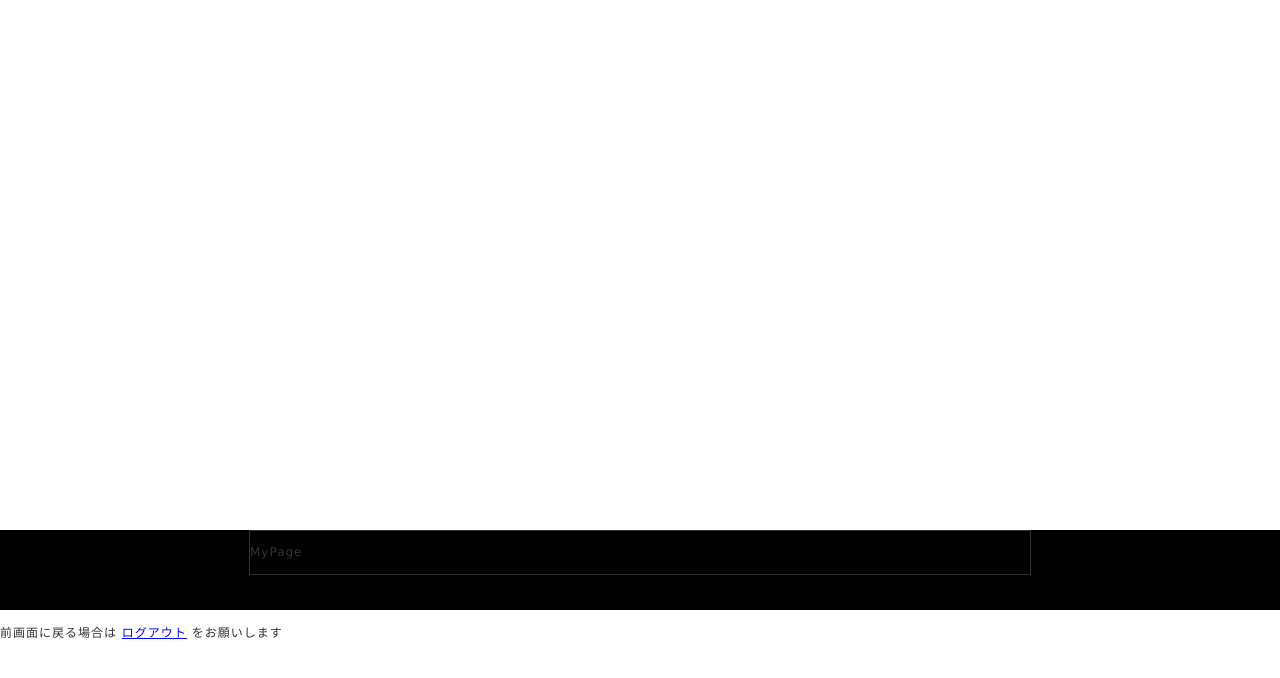
Repository: 3103senoomizho/test
Page: http://localhost/template/myPage.jsp
These files come from the project's save history. The page is drawn as it stood at one moment and after the next save; the edit follows.
The browser window is 1280 px wide. The pictures show the whole page.
The page is served by Tomcat 9. Other server files are loaded and not shown.

Above is the page before, as saved 2018-03-19 07:42:15.

### template/WebContent/myPage.jsp
<%@ page language="java" contentType="text/html; charset=UTF-8"
    pageEncoding="UTF-8"%>
<%@ taglib prefix="s" uri="/struts-tags" %>
<!DOCTYPE html >
<html>
<head>
<meta http-equiv="Content-Type" content="text/html; charset=UTF-8">
<meta http-equiv="Content-Style-Type" content = "text/css"/>
<meta http-equiv="Content-Script-Type" content="text/javascript"/>
<meta http-equiv="imagetoolbar" content="no"/>
<meta name="description content=""/>
<meta name="keywords" content=""/>

<title>MyPage画面</title>

<style type = "text/css">
/*===============TAG LAYOUT=================*/
body{
  margin:0;
  padding:0;
  line-height:1.6;
  letter-spacing:1px;
  font-family:Verdana,Helvetica,sans-serif;
  font-size:12px;
  color:#333;
  background:#fff;
}
table{
  text-align:center;
  margin:0 auto;
}
/*===============ID LAYOUT=================*/
#top{
  width:780px;
  margin:30px auto;
  border:1px solid #333;
}
#header{
  width:100%;
  height:500px;
  text-align:center;
}
#main{
  width:100%;
  height:80px;
  background-color:black;
  clear:both;
}
#footer{
  width:100%;
  height:80px;
  background-color:black;
  clear:both;
}
</style>

</head>
<body>
      <div id="header">
              <div id="pr">
              </div>
     </div>
     <div id="main">
              <div id="top">
                      <p>MyPage</p>
              </div>
              <div>
              <s:if test="session.message==''">
                         <h3>ご購入情報は以下になります。</h3>
                         <table>
                               <tr>
                                   <td>商品名</td>
                                   <td><s:property value="session.buyItem_name"/></td>
                               </tr>
                               <tr>
                                   <td>値段</td>
                                   <td>
                                          <s:property value="session.total_price"/>
                                          <span>円</span>
                                   </td>
                               </tr>
                               <tr>
                                   <td>購入個数</td>
                                   <td>
                                          <s:property value="session.total_count"/>
                                          <span>個</span>
                                  </td>
                               </tr>
                               <tr>
                                   <td>支払い方法</td>
                                   <td>
                                          <s:property value="session.total_payment"/>
                                   </td>
                               </tr>

                          </table>
                          <s:form action="MyPageAction">
                                  <input type="hidden"name="deleteFlg" value="1">
                                  <s:submit value="削除" method ="delete"/>
                          </s:form>
              </s:if>
              <s:if test="session.message !=null">
                          <h3><s:property value = "session.message"/></h3>
              </s:if>
                          <div>
                                  <br>
                                  <span>前画面に戻る場合は</span>
                                  <a href='<s:url action="HomeAction"/>'>ログアウト</a>
                                  <span>をお願いします</span>
                         </div>

              </div>
       </div>
</body>
</html>

After the next save:
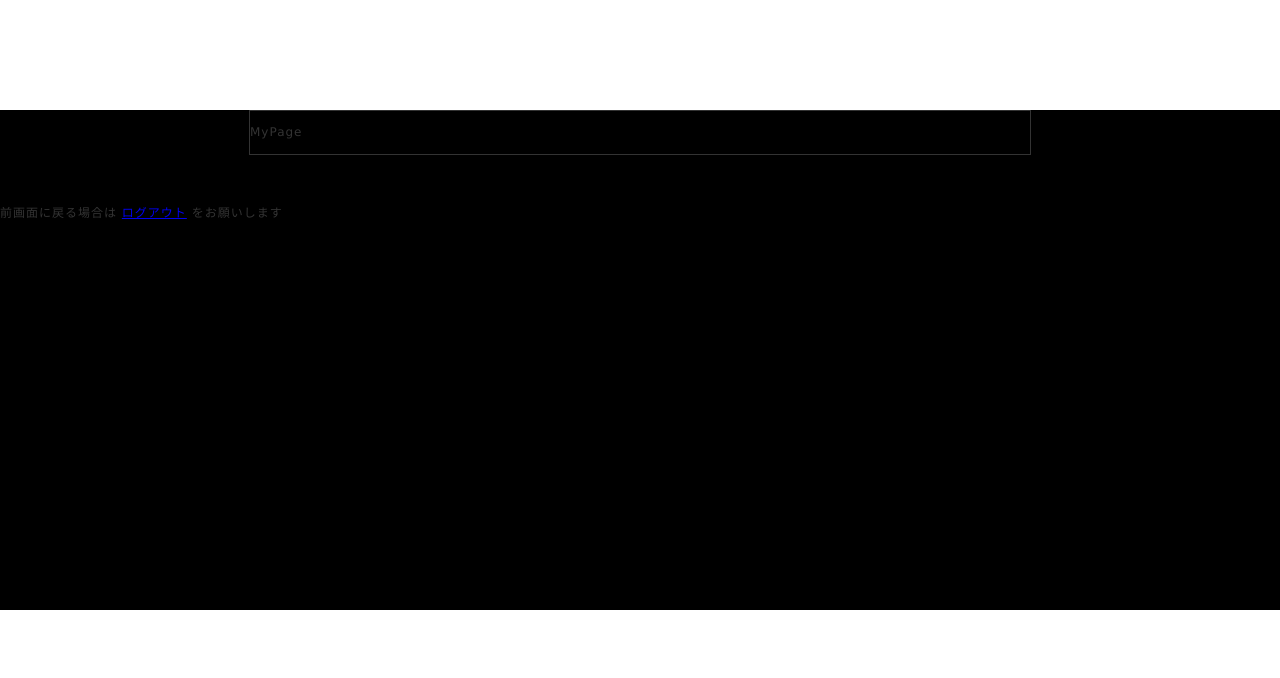
Saved 73 s later.
--- a/template/WebContent/myPage.jsp
+++ b/template/WebContent/myPage.jsp
@@ -37,12 +37,12 @@
 }
 #header{
   width:100%;
-  height:500px;
+  height:80px;
   text-align:center;
 }
 #main{
   width:100%;
-  height:80px;
+  height:500px;
   background-color:black;
   clear:both;
 }
